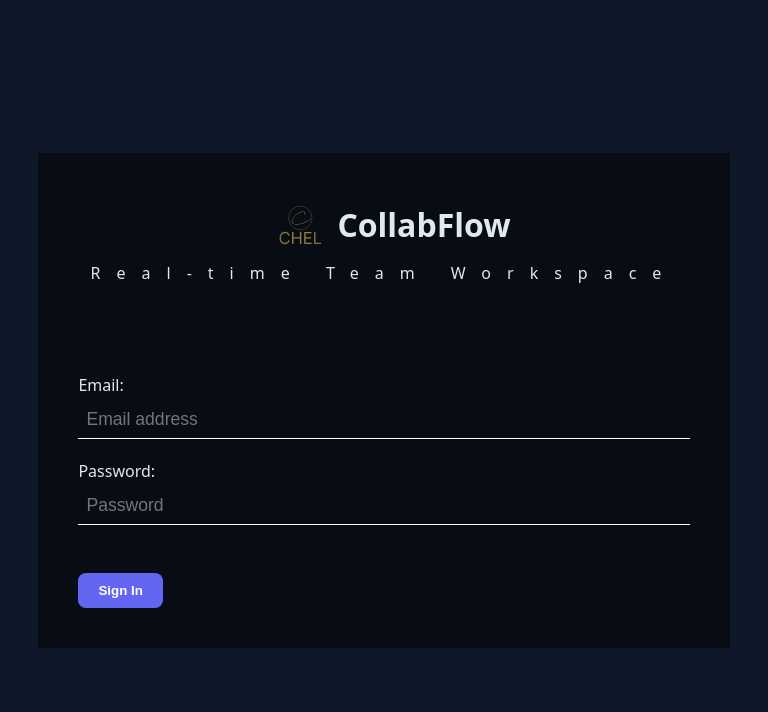
Repository: Lovethrech/collabflow
Page: /
These files come from the project's save history. The page is drawn as it stood at one moment and after a run of saves; the edit follows.
The browser window is 768 px wide. The pictures show the whole page.
The project was rebuilt for these pictures with package versions that can differ from the ones it lists, and the page was loaded fresh each time. The framework's server and built-in components were replaced by stand-ins that run in the browser. Also part of the build but not shown: nuxt.config.ts.

Above is the page before, as saved 2026-05-20 19:52:01.

After the next 4 saves:
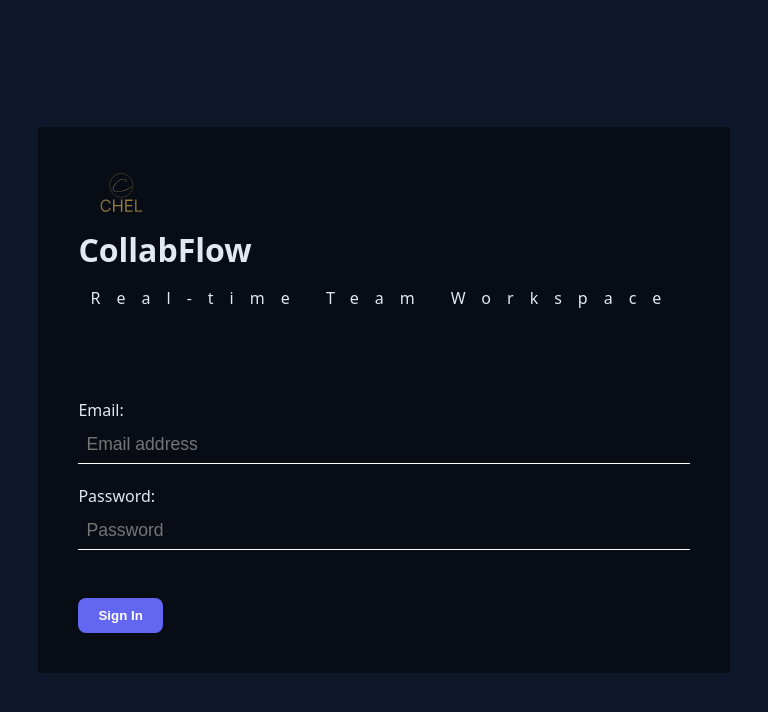
The 4 saves are shown as one change because 1 did not build or start and some came seconds apart.
The last was saved 82 s later.
--- a/app/pages/index.vue
+++ b/app/pages/index.vue
@@ -89,5 +89,8 @@
         width: 90%;
         padding: 5vh;
     }
+    .auth-title-ctn{
+        flex-direction: column;
+    }
 }
 </style>
